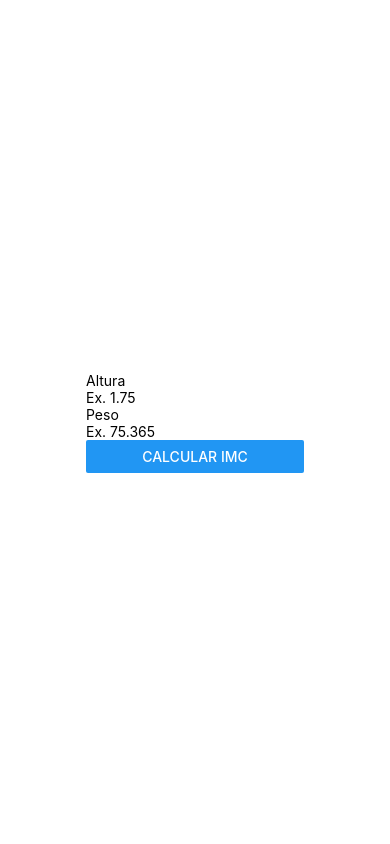
Repository: brksaian/Desenvolvimento_Mobile
Screen: / (app in Trabalhos/calculadoraMedia/)
The author's editor kept a copy of each file at every save. The screen is drawn from the files as they stood at one save, then again after the next save.
The app was drawn by React Native's web renderer in a window 390 px wide. The project was rebuilt for these pictures with package versions that can differ from the ones it lists, and the page was loaded fresh each time. Some packages were replaced by stand-ins written for this rebuild. Also part of the build but not shown: Trabalhos/calculadoraMedia/src/components/result/index.js.

Above is the screen before, as saved 2023-08-20 19:39:09.

After the next save:
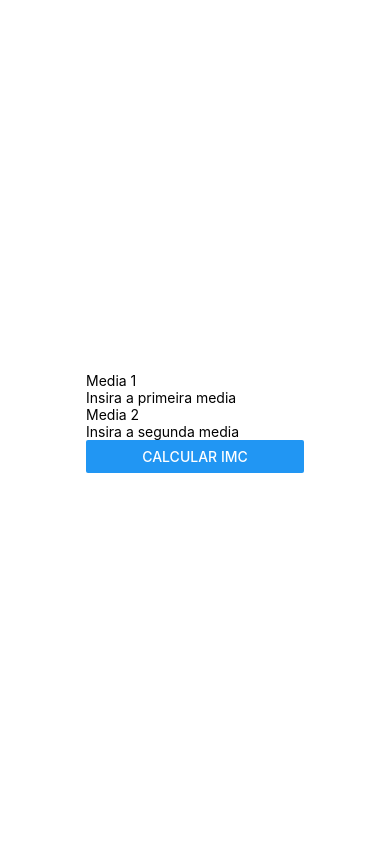
Saved 80 s later.
--- a/Trabalhos/calculadoraMedia/src/components/title/index.js
+++ b/Trabalhos/calculadoraMedia/src/components/title/index.js
@@ -53,25 +53,20 @@ export default function Form() {
 
   return (
     <View>
-      <Text>Altura</Text>
-      {errorMessage && <Text>{errorMessage}</Text>}
+      <Text>Media 1</Text>
       <TextInput
         value={media_1}
         keyboardType="numeric"
-        placeholder="Ex. 1.75"
+        placeholder="Insira a primeira media"
         onChangeText={setMedia_1}
       />
-
-      <Text>Peso</Text>
-      {errorMessage && <Text>{errorMessage}</Text>}
-
+      <Text>Media 2</Text>
       <TextInput
         value={media_2}
         keyboardType="numeric"
-        placeholder="Ex. 75.365"
+        placeholder="Insira a segunda media"
         onChangeText={setMedia_2}
       />
-
       <Button title="Calcular IMC" onPress={() => validationImc()} />
 
       <FlatList
